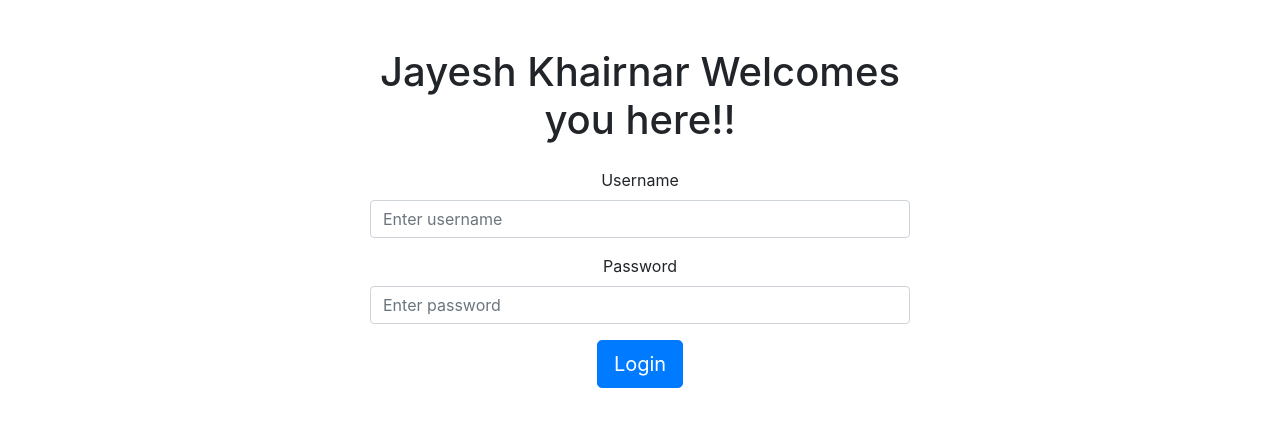
Repository: JayeshKhairnar1/Servlet_JSP
Page: ConnectionPool/src/main/webapp/index.html
An editor plug-in stored every save of this project. The page is shown before and after the next save, followed by the edit.
The browser window is 1280 px wide. The pictures show the whole page.
Some web libraries are served in a nearby version.

Above is the page before, as saved 2024-06-27 06:37:49.
Console error: SyntaxError: Unexpected token '<'

After the next save:
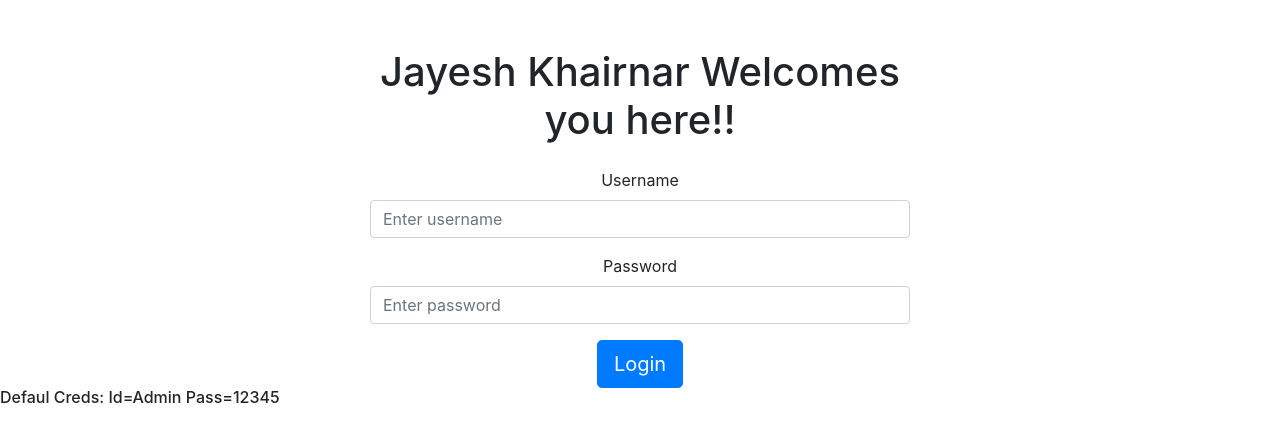
The error is gone.
Saved 29 s later.
--- a/ConnectionPool/src/main/webapp/index.html
+++ b/ConnectionPool/src/main/webapp/index.html
@@ -26,7 +26,7 @@
             </div>
         </div>
     </div>
-
+<h6>Defaul Creds: Id=Admin Pass=12345</h6>
     <script>
         function validateLogin() {
             const username = document.getElementById('username').value;
@@ -38,7 +38,6 @@
                 alert('Invalid username or password');
             }
         }
-        <h6>Defaul Creds: Id=Admin Pass=12345</h6>
     </script>
     <!-- Bootstrap JS, Popper.js, and jQuery -->
     <script src="https://code.jquery.com/jquery-3.5.1.slim.min.js"></script>
